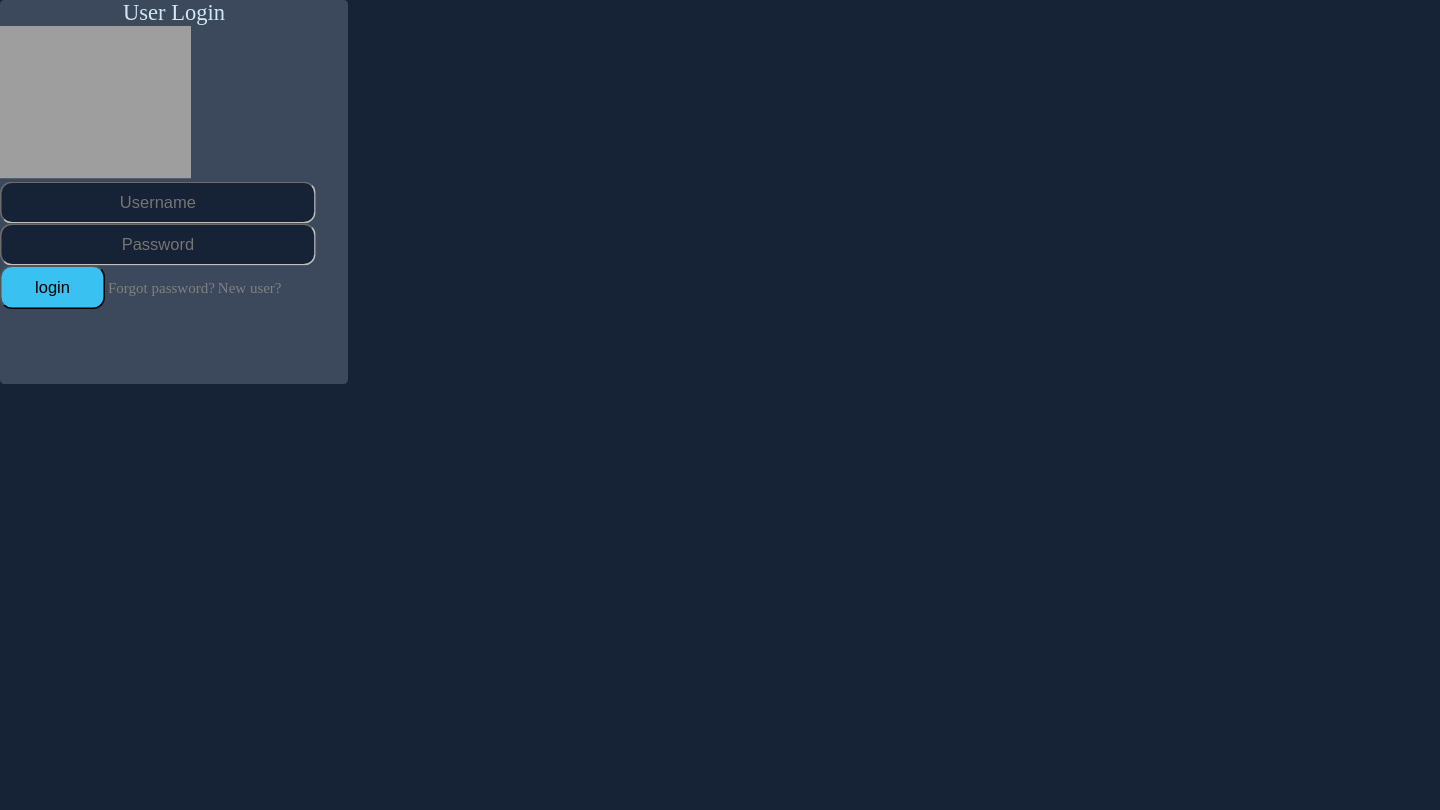
Repository: leystra019/nea
Page: html/user login.html
An editor plug-in stored every save of this project. The page is shown before and after the next save, followed by the edit.
The browser window is 1280 px wide. The page is 1920 px wide, so the pictures cover 1920 px, including what lies to the right of the window. The pictures show the whole page, at 75% of full size.
Pictures or frames that could not be fetched are drawn as grey boxes.

Above is the page before, as saved 2022-12-10 12:10:09.

### html/user login.html

<!DOCTYPE html>
<html lang="en">
<head>
    <meta charset="UTF-8">
    <meta http-equiv="X-UA-Compatible" content="IE=edge">
    <meta name="viewport" content="width=device-width, initial-scale=1.0">
    <title>Login_system</title>
    <link href="/neatest/css/login.css" rel="stylesheet" type="text/css">
</head>
<body>
    <div class="background">
        <div class="ln-card">
            <div class="title">User Login</div>
            <img src="images/profile.png" class="profile-img">
            <form action="/neatest/php/main php/authlogin.php" method="post">
                <input type="username" name="username" id="username" class="logbox" placeholder="Username">
                <input type="password" name="password" class="logbox" id="password" placeholder="Password">
                <input type="submit" value="login" class="submbtn" id="button">
                <a href="/neatest/html/passwordcheck.html">Forgot password?</a>
                <a href="registration.html">New user?</a>
            </form>
        </div>



    </div>
</body>
</html>

### css/login.css
* {
    margin: 0px !important;
    padding: 0px !important;
    text-decoration: none;

  }

.background {
  width: 1920px;
  height: 1080px;
  background-color: #162235;
  padding-top: 123px;

}


.ln-card {
    height: 512px;
    width: 464px;
    background-color: #3C485B;
    border: 0px;
    padding-top: 46px;
    border-radius: 6px;



}

.title {
  font-size: 30px;
  text-align: center;
  color: #D1E9F2;
  text-align: center;
  padding-top: 32px;
}

b {
  font-size: 22px;
  margin-left: 60px;
  margin-bottom: 0;

}

.profile-img {
  height: 204px;
  margin-top: 96px;
  margin-left: 184px;
  width: 255px;
}

.logbox {
  margin-left: 104px;
  margin-right: 104px;
  border-radius: 16px;
  height: 52px;
  width: 417px;
  background-color: #162235;
  border-color: #c0c0c0;
  font-size: 22px;
  text-align: center;
  margin-top: 43px;
  color: grey;


}

.submbtn {
  position: sticky;
  margin-top: 25px;
  margin-left: 250px;
  margin-bottom: 40px;
  width: 140px;
  height: 58px;
  background-color: #39C1F1;
  text-align: center;
  border-radius: 16px;
  font-size: 22px;

}

.login form input[type="submit"]:hover {
	background-color: #2868c7;
  	transition: background-color 0.2s;
}

a {
  font-size: 20px;
  margin-left: 5px;
  color: grey;

}

After the next save:
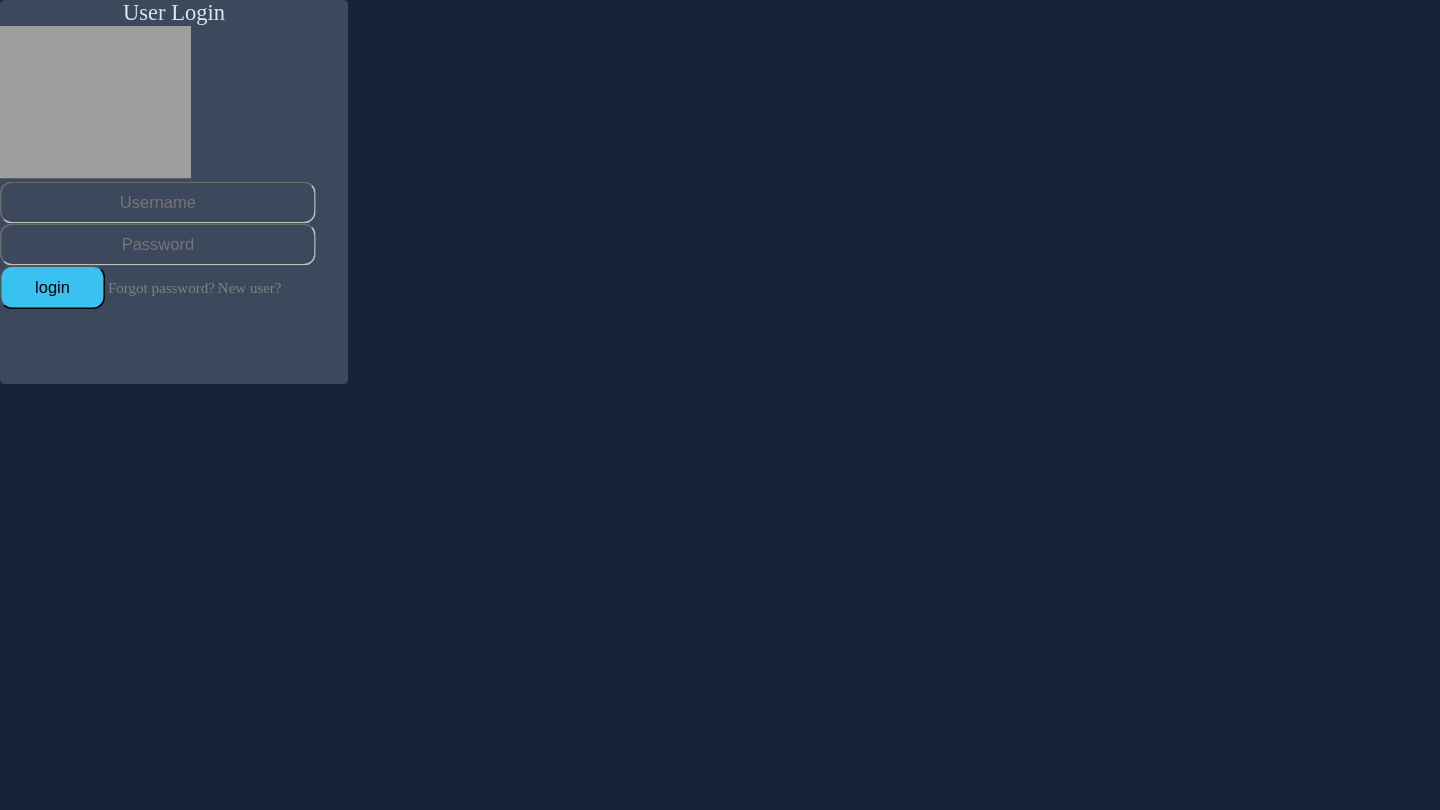
Saved 54 s later.
--- a/css/login.css
+++ b/css/login.css
@@ -54,7 +54,7 @@ b {
   border-radius: 16px;
   height: 52px;
   width: 417px;
-  background-color: #162235;
+  background-color: #3C485B;
   border-color: #c0c0c0;
   font-size: 22px;
   text-align: center;
